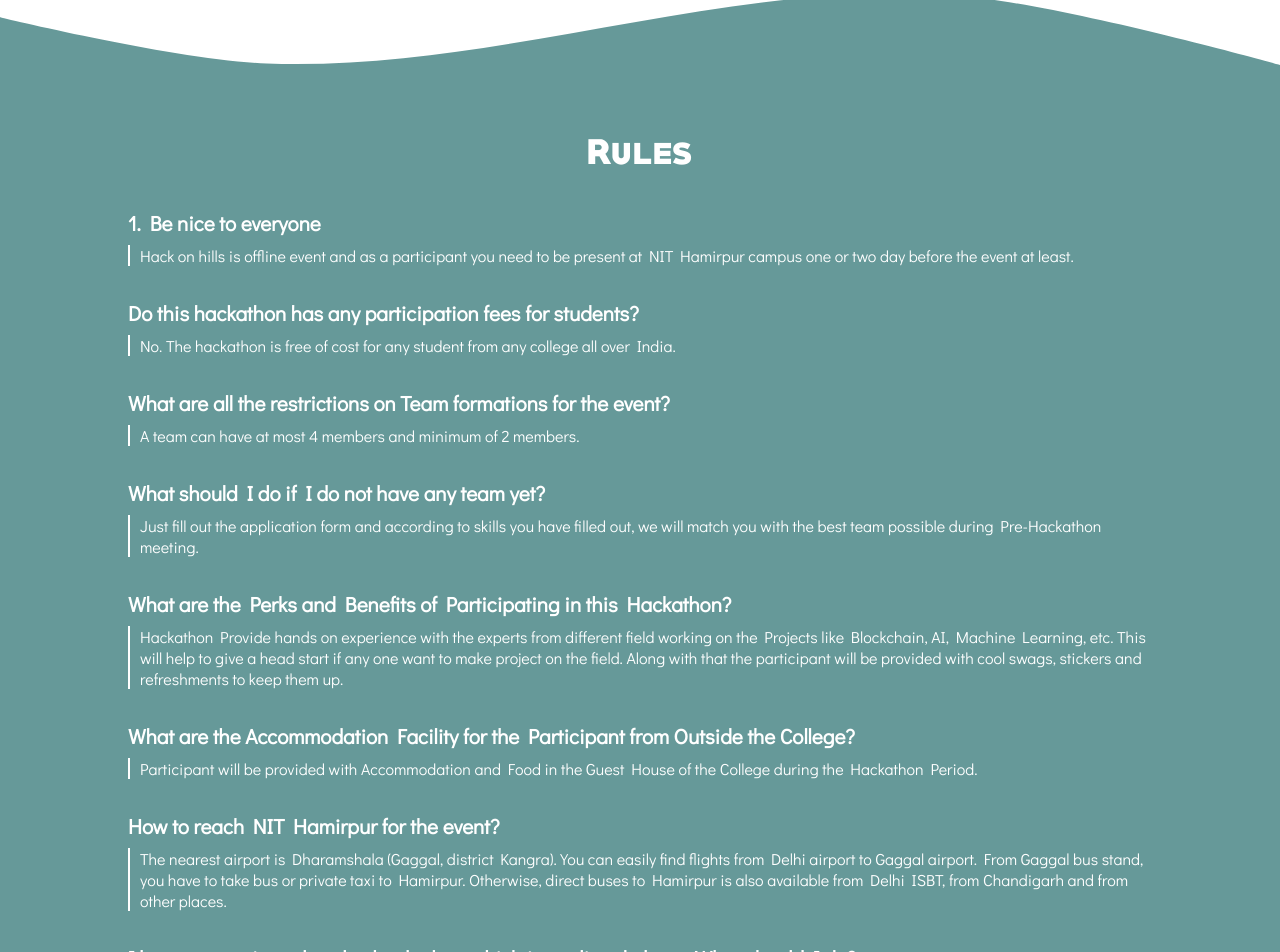
Repository: yashg4509/helyxhacksIII
Page: index.html
These files come from the project's save history. The page is drawn as it stood at one moment and after the next save; the edit follows.
The browser window is 1280 px wide. The pictures show the part of the page from y = 1294 to 2246 px (the page is 10035 px tall before and 10077 px after).
A picture or video elsewhere on the page could not be fetched, so the positions and the page height are approximate.

Above is the page before, as saved 2021-02-17 22:54:31.

After the next save:
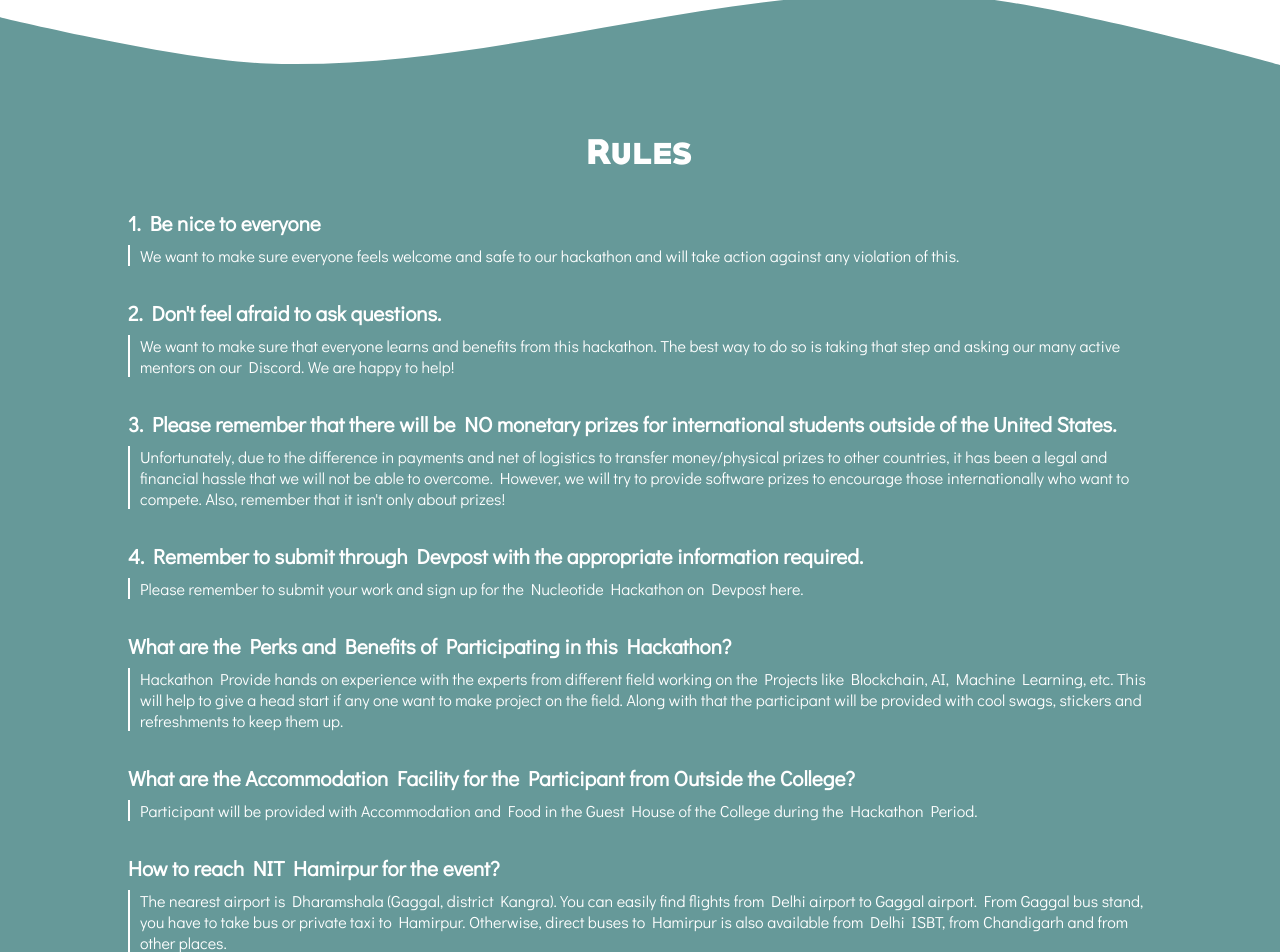
Saved 2 min 18 s later.
--- a/index.html
+++ b/index.html
@@ -124,34 +124,32 @@
 						1. Be nice to everyone
 					</div>
 					<div class="answer">
-						Hack on hills is offline event and as a participant you need to be present at NIT Hamirpur
-						campus one or two day before the event at least.
-					</div>
-
-				</div>
-				<div class="faq">
-					<div class="question">
-						Do this hackathon has any participation fees for students?
-					</div>
-					<div class="answer">
-						No. The hackathon is free of cost for any student from any college all over India.
-					</div>
-				</div>
-				<div class="faq">
-					<div class="question">
-						What are all the restrictions on Team formations for the event?
-					</div>
-					<div class="answer">
-						A team can have at most 4 members and minimum of 2 members.
-					</div>
-				</div>
-				<div class="faq">
-					<div class="question">
-						What should I do if I do not have any team yet?
-					</div>
-					<div class="answer">
-						Just fill out the application form and according to skills you have filled out, we will match
-						you with the best team possible during Pre-Hackathon meeting.
+						We want to make sure everyone feels welcome and safe to our hackathon and will take action against any violation of this.
+					</div>
+
+				</div>
+				<div class="faq">
+					<div class="question">
+						2. Don't feel afraid to ask questions.
+					</div>
+					<div class="answer">
+						We want to make sure that everyone learns and benefits from this hackathon. The best way to do so is taking that step and asking our many active mentors on our <a href="https://discord.gg/XVT94Ha">Discord</a>. We are happy to help!
+					</div>
+				</div>
+				<div class="faq">
+					<div class="question">
+						3. Please remember that there will be NO monetary prizes for international students outside of the United States.
+					</div>
+					<div class="answer">
+						Unfortunately, due to the difference in payments and net of logistics to transfer money/physical prizes to other countries, it has been a legal and financial hassle that we will not be able to overcome. However, we will try to provide software prizes to encourage those internationally who want to compete. Also, remember that it isn't only about prizes!
+					</div>
+				</div>
+				<div class="faq">
+					<div class="question">
+						4. Remember to submit through Devpost with the appropriate information required.
+					</div>
+					<div class="answer">
+						Please remember to submit your work and sign up for the Nucleotide Hackathon on Devpost <a href="https://helyx-hacks.devpost.com/">here</a>.
 					</div>
 				</div>
 				<div class="faq">
